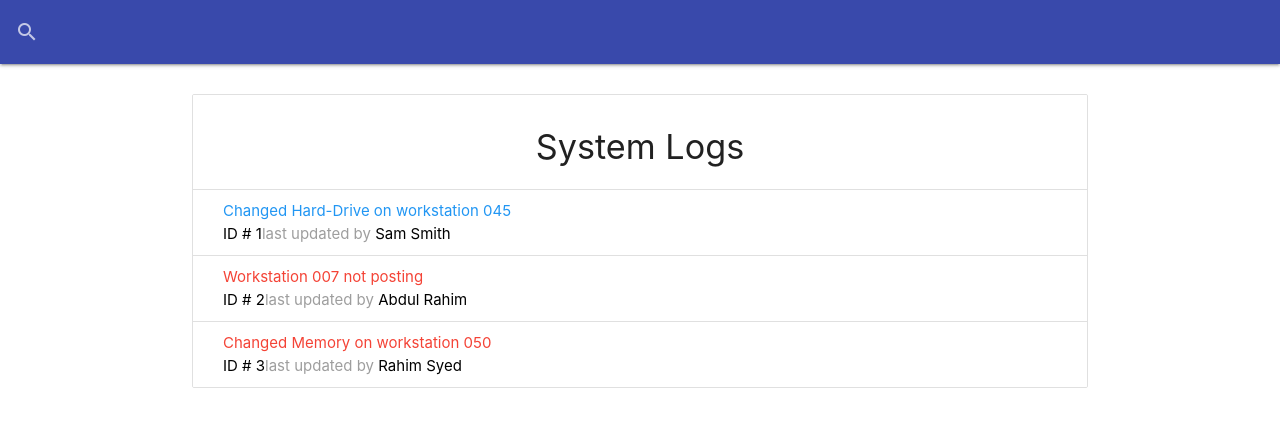
Repository: syedabdulrahim/IT_Logger
Page: /
An editor plug-in stored every save of this project. The page is shown before and after the next save, followed by the edit.
The browser window is 1280 px wide. The pictures show the whole page.
The project was rebuilt for these pictures with package versions that can differ from the ones it lists, and the page was loaded fresh each time. Requests to the local data server were answered from the project's data file. Also part of the build but not shown: src/App.css.

Above is the page before, as saved 2020-10-29 15:56:04.

After the next save:
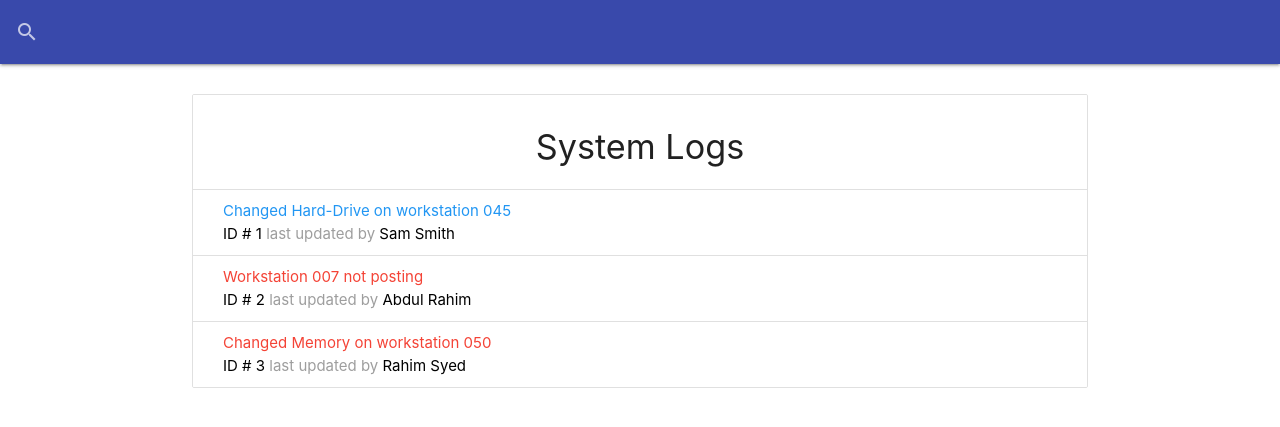
Saved 10 s later.
--- a/src/components/logs/LogItem.js
+++ b/src/components/logs/LogItem.js
@@ -14,7 +14,7 @@ const LogItem = ({log}) => {
                     <br/>
                     <span className="grey-text">
                             <span className="black-text">ID # {log.id}</span>
-                                {'last updated by'}
+                               {' '} {'last updated by'}
                             <span className="black-text">{' '}{log.tech}</span>
                     </span>
                 </div>
